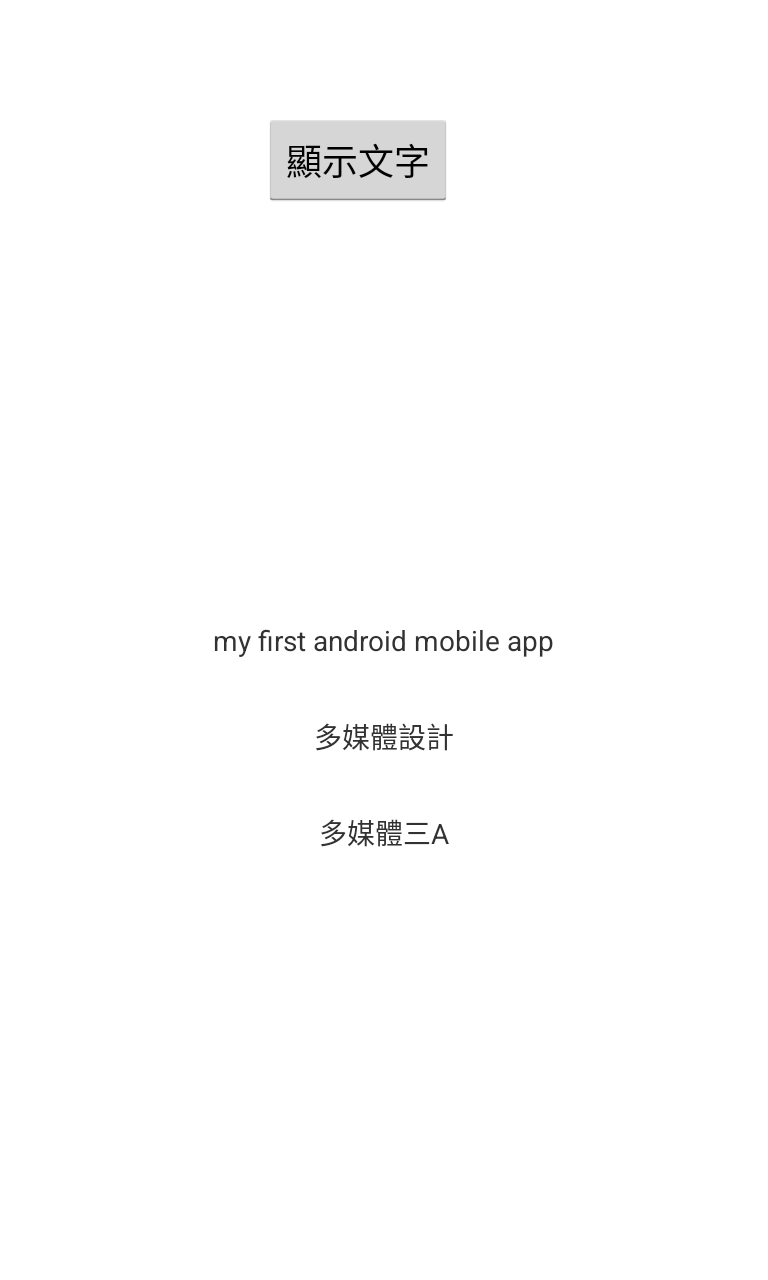
Repository: ericluo1123/myAndroidCode
Layout: myAndroidProject/res/layout/activity_main.xml
An editor plug-in stored every save of this project. The layout is shown before and after the next save, followed by the edit.
It is drawn on a 768 x 1280 px phone screen (xhdpi) without system bars, with theme AppTheme; the app's code is not run.

Above is the layout before, as saved 2014-09-25 07:29:45.

After the next save:
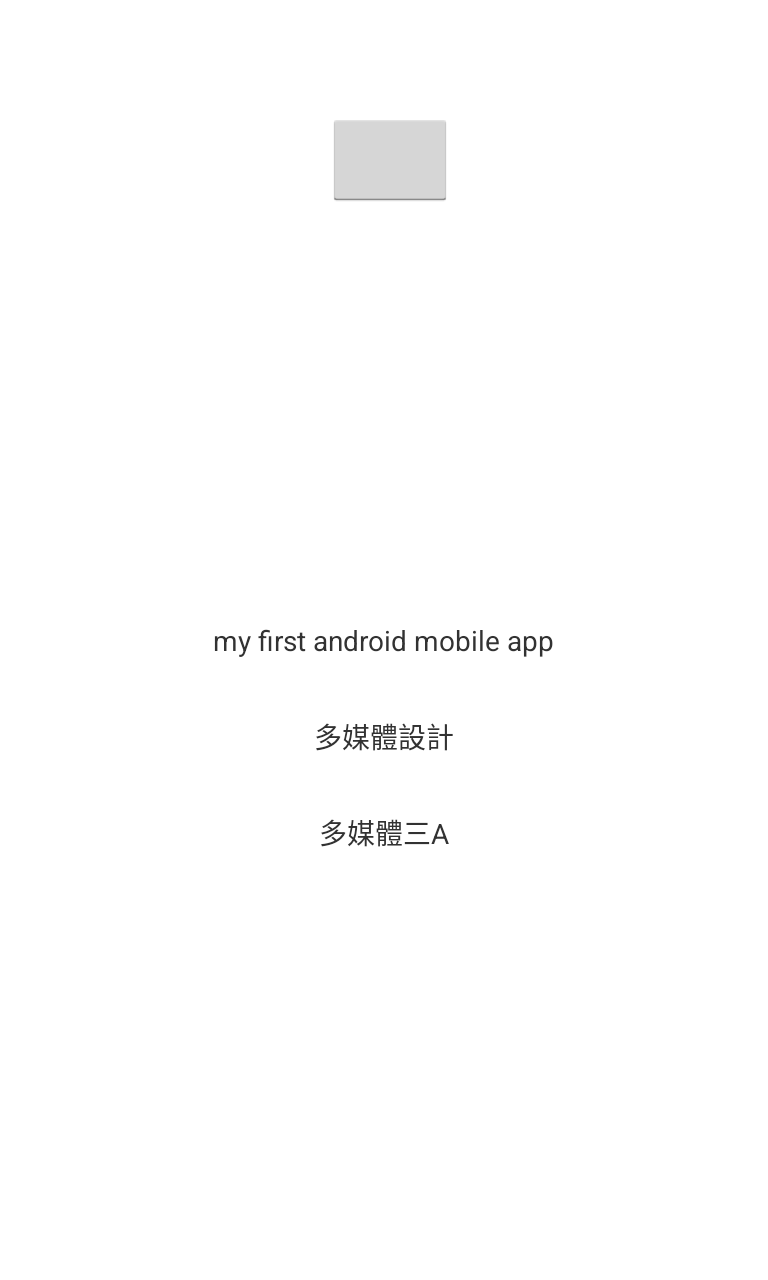
Saved 19 min 39 s later.
--- a/myAndroidProject/res/layout/activity_main.xml
+++ b/myAndroidProject/res/layout/activity_main.xml
@@ -40,7 +40,6 @@
         android:layout_height="wrap_content"
         android:layout_alignParentTop="true"
         android:layout_alignRight="@+id/textView1"
-        android:layout_marginTop="40dp"
-        android:text="顯示文字" />
+        android:layout_marginTop="40dp" />
 
 </RelativeLayout>
